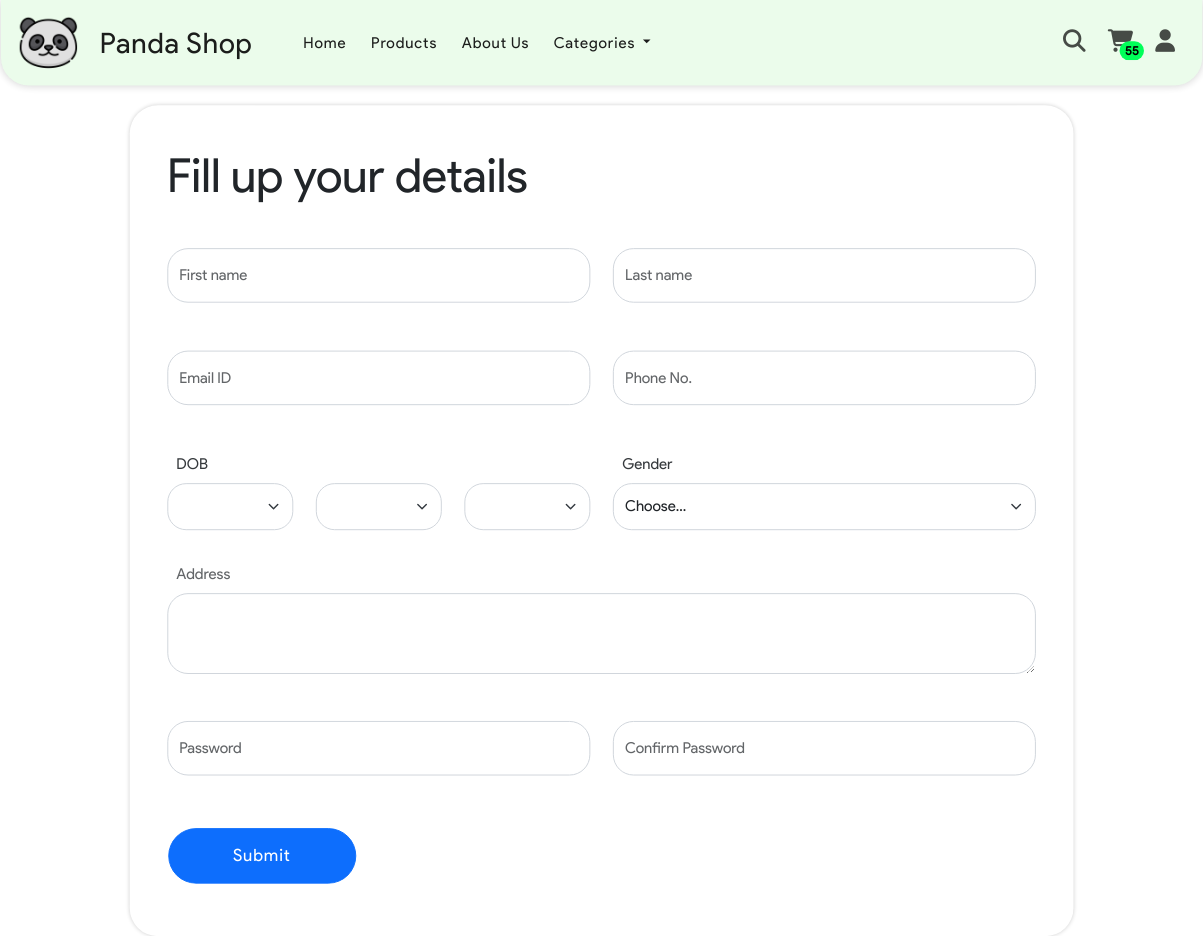
Repository: Anindyait/Panda-web-project
Page: Project1/src/main/webapp/register.html
The author's editor kept a copy of each file at every save. The page is drawn from the files as they stood at one save, then again after the next save.
The browser window is 1280 px wide. The pictures show the whole page, at 94% of full size.
Some web fonts or font styles are not loaded; a fallback is used. Some web libraries are served in a nearby version.

Above is the page before, as saved 2022-12-24 08:53:01.

After the next save:
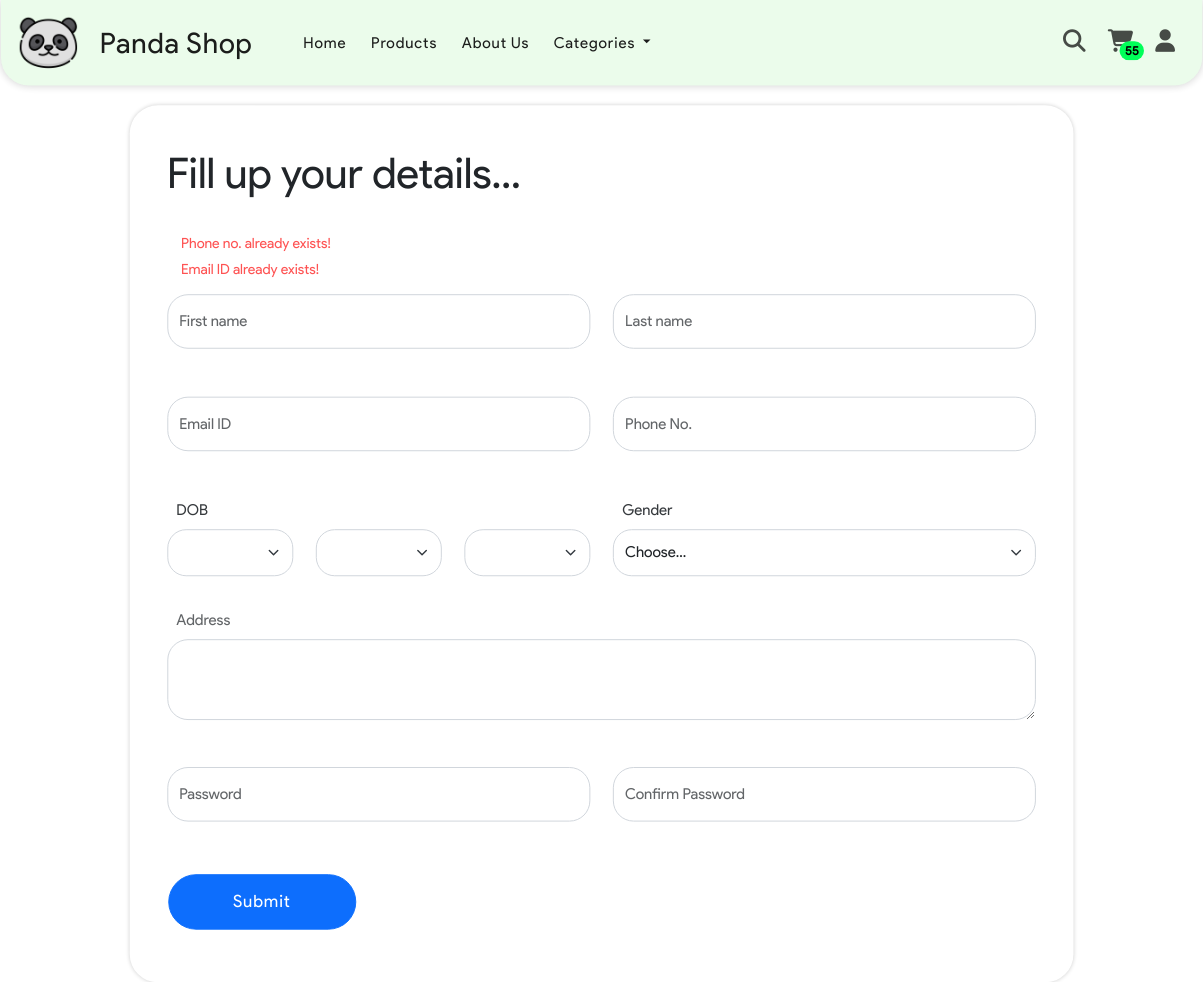
Saved 46 s later.
--- a/Project1/src/main/webapp/register.html
+++ b/Project1/src/main/webapp/register.html
@@ -113,7 +113,7 @@
 
 
     <meta name="viewport" content="width=device-width, initial-scale=1">
-    <title>Product</title>
+    <title>Sign up</title>
 
     <link href="https://cdn.jsdelivr.net/npm/bootstrap@5.2.3/dist/css/bootstrap.min.css" rel="stylesheet" integrity="sha384-rbsA2VBKQhggwzxH7pPCaAqO46MgnOM80zW1RWuH61DGLwZJEdK2Kadq2F9CUG65" crossorigin="anonymous">
     <link rel="stylesheet" href="Bootstrap/CSS/style1.css">
@@ -130,11 +130,14 @@
     <div id="header"></div>
    	<div class="header-adjustment"></div>
         <div class = "form-holder">
-            <h2 style="font-size: 50px;">Fill up your details</h2>
+            <h2 style="font-size: 45px;">Fill up your details...</h2>
             <br>
 
-
-            <form action="/Register" name="form1" class="needs-validation" onsubmit="return pwd_validation()" novalidate method="post">
+            <div class="server-side-check">Phone no. already exists!</div>
+            <div class="server-side-check">Email ID already exists!</div>
+
+
+            <form action="Register" name="form1" class="needs-validation" onsubmit="return pwd_validation()" novalidate method="post">
                 <div class="row g-2 input-row">
                     <div class="col-sm" style="padding-right: 20px;">
                         <div class="form-floating mb-3" >
@@ -168,6 +171,7 @@
                         <div class="form-floating mb-3" >
                              <input name="email" type = "email" class = "form-control"  id = "email" placeholder="mikehunt@panda.com" required>
                              <label for = "email" style="opacity:70%;">Email ID</label>
+
                              <div class="invalid-feedback">
                                 Enter valid email ID
                             </div>
@@ -181,6 +185,7 @@
                             <div class="form-floating mb-3" >
                                 <input name="phone" type = "tel" class = "form-control"  id = "phone" pattern="^(\+91[\-\s]?)?[0]?(91)?[789]\d{9}$" placeholder="123456789" required>
                                 <label for = "phone" style="opacity:70%;">Phone No.</label>
+
                                 <div class="invalid-feedback">
                                     Enter valid phone no.
                                 </div>
@@ -275,19 +280,11 @@
                         </div>
 
             </form>
-            <!--
-            <div class="mb-3">
-                <label for="exampleFormControlInput1" class="form-label">Email address</label>
-                <input type="email" class="form-control" id="exampleFormControlInput1" placeholder="name@example.com">
-                <br>
-                <label for="exampleFormControlInput1" class="form-label">Email address</label>
-                <input type="email" class="form-control" id="exampleFormControlInput1" placeholder="name@example.com">
-            </div>
-        -->
+
         </div>
     </div>
 </div>
-<!---->
+
 <script>
     // Example starter JavaScript for disabling form submissions if there are invalid fields
 (() => {
